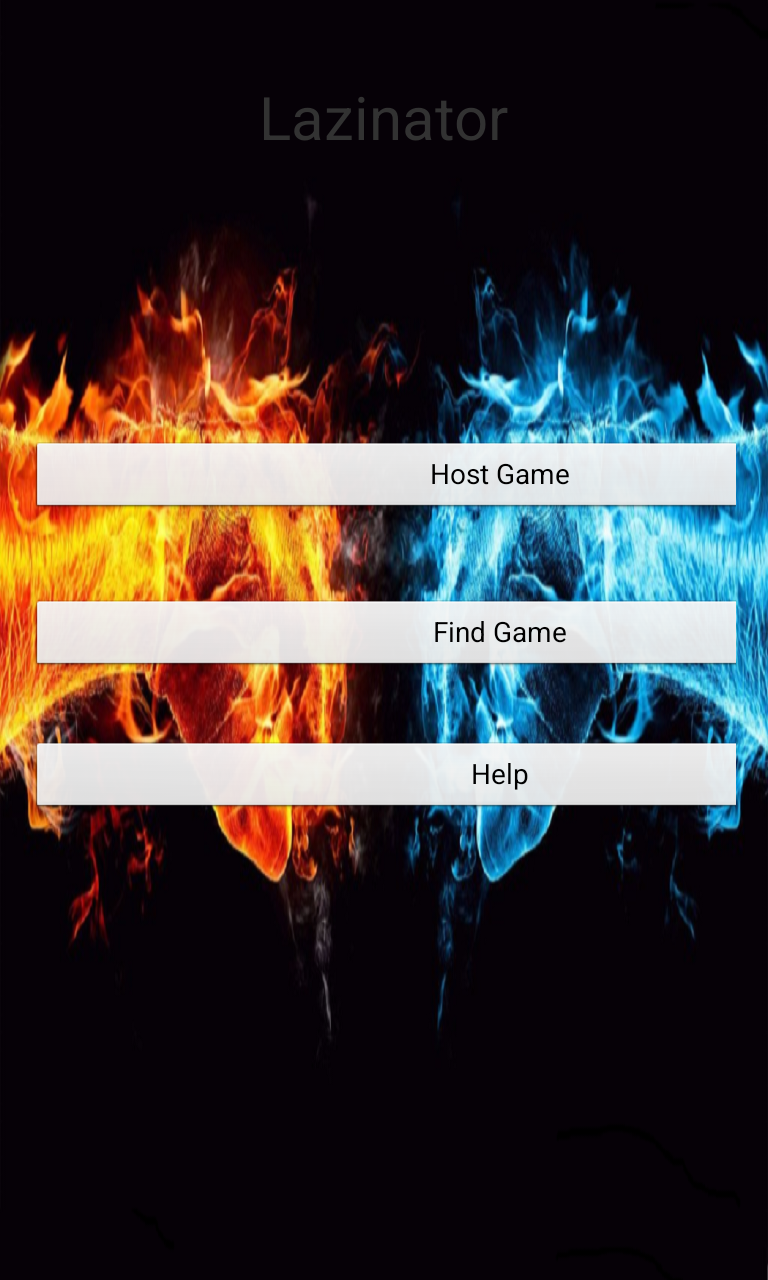
Repository: mfischetti/LaserAppRepository
Layout: workspace/Laser/res/layout/activity_main.xml
The author's editor kept a copy of each file at every save. The layout is drawn from the files as they stood at one save, then again after the next save.
It is drawn on a 768 x 1280 px phone screen (xhdpi) without system bars, with theme AppTheme; the app's code is not run.

Above is the layout before, as saved 2013-10-01 04:34:53.

### workspace/Laser/res/layout/activity_main.xml
<RelativeLayout xmlns:android="http://schemas.android.com/apk/res/android"
    xmlns:tools="http://schemas.android.com/tools"
    android:layout_width="match_parent"
    android:layout_height="wrap_content"
    android:background="@drawable/homescreenbackground"
    android:paddingBottom="@dimen/activity_vertical_margin"
    android:paddingLeft="@dimen/activity_horizontal_margin"
    android:paddingRight="@dimen/activity_horizontal_margin"
    android:paddingTop="@dimen/activity_vertical_margin"
    tools:context=".MainActivity" >

    <TextView
        android:id="@+id/title"
        android:layout_width="wrap_content"
        android:layout_height="wrap_content"
        android:layout_alignParentTop="true"
        android:layout_centerHorizontal="true"
        android:layout_marginTop="22dp"
        android:text="Lazinator"
        android:textSize="30sp" />

    <ScrollView
        android:id="@+id/scrollView1"
        android:layout_width="wrap_content"
        android:layout_height="wrap_content"
        android:layout_alignTop="@+id/title"
        android:layout_centerHorizontal="true"
        android:layout_marginTop="27dp" >

        <LinearLayout
            android:id="@+id/linearLayout1"
            android:layout_width="468dp"
            android:layout_height="144dp"
            android:orientation="vertical" >

            <Button
                android:id="@+id/host"
                style="?android:attr/buttonStyleSmall"
                android:layout_width="match_parent"
                android:layout_height="wrap_content"
                android:layout_marginTop="156dp"
                android:text="Host Game" />

            <Button
                android:id="@+id/find"
                style="?android:attr/buttonStyleSmall"
                android:layout_width="match_parent"
                android:layout_height="wrap_content"
                android:layout_marginTop="43dp"
                android:text="Find Game" />

            <Button
                android:id="@+id/help"
                style="?android:attr/buttonStyleSmall"
                android:layout_width="match_parent"
                android:layout_height="wrap_content"
                android:layout_marginTop="35dp"
                android:text="Help" />
        </LinearLayout>

    </ScrollView>

</RelativeLayout>

Loaded but not shown: workspace/Laser/res/values/styles.xml (common file); workspace/Laser/res/values/dimens.xml (common file)

After the next save:
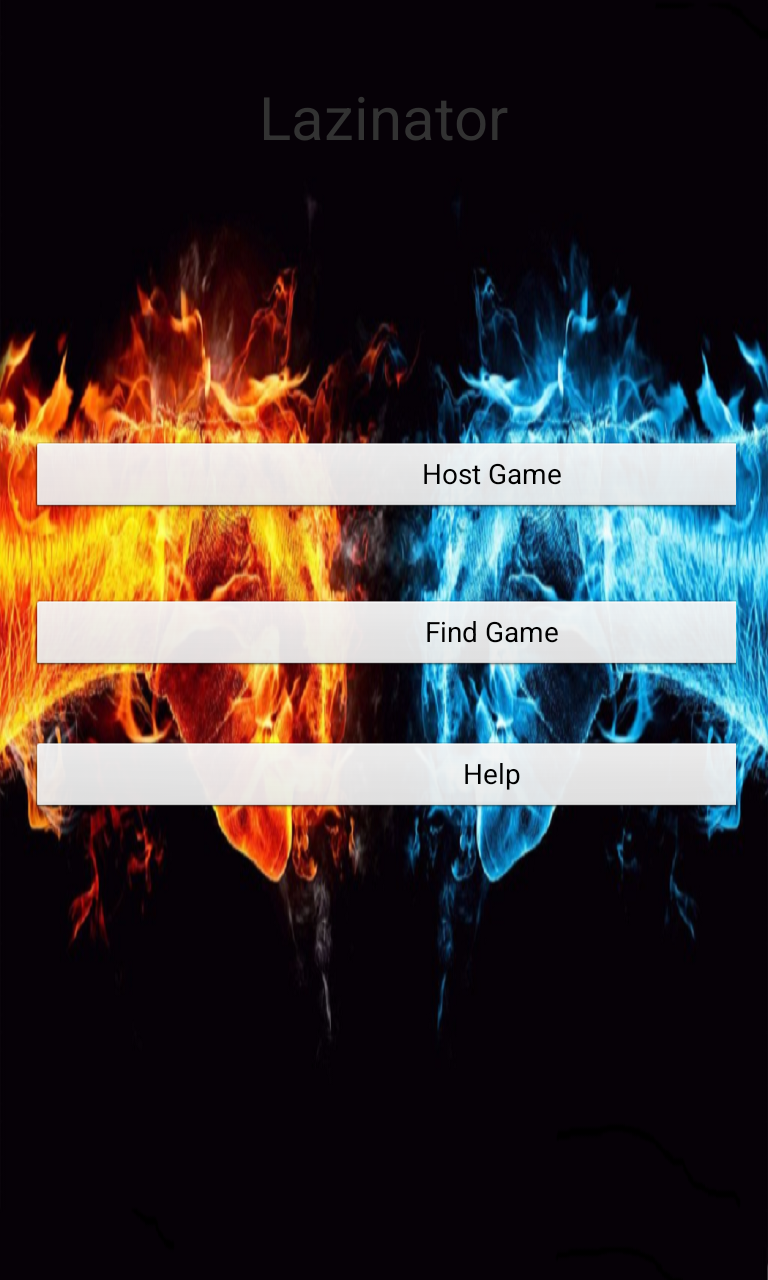
Saved 15 min 40 s later.
--- a/workspace/Laser/res/layout/activity_main.xml
+++ b/workspace/Laser/res/layout/activity_main.xml
@@ -29,7 +29,7 @@
 
         <LinearLayout
             android:id="@+id/linearLayout1"
-            android:layout_width="468dp"
+            android:layout_width="460dp"
             android:layout_height="144dp"
             android:orientation="vertical" >
 
